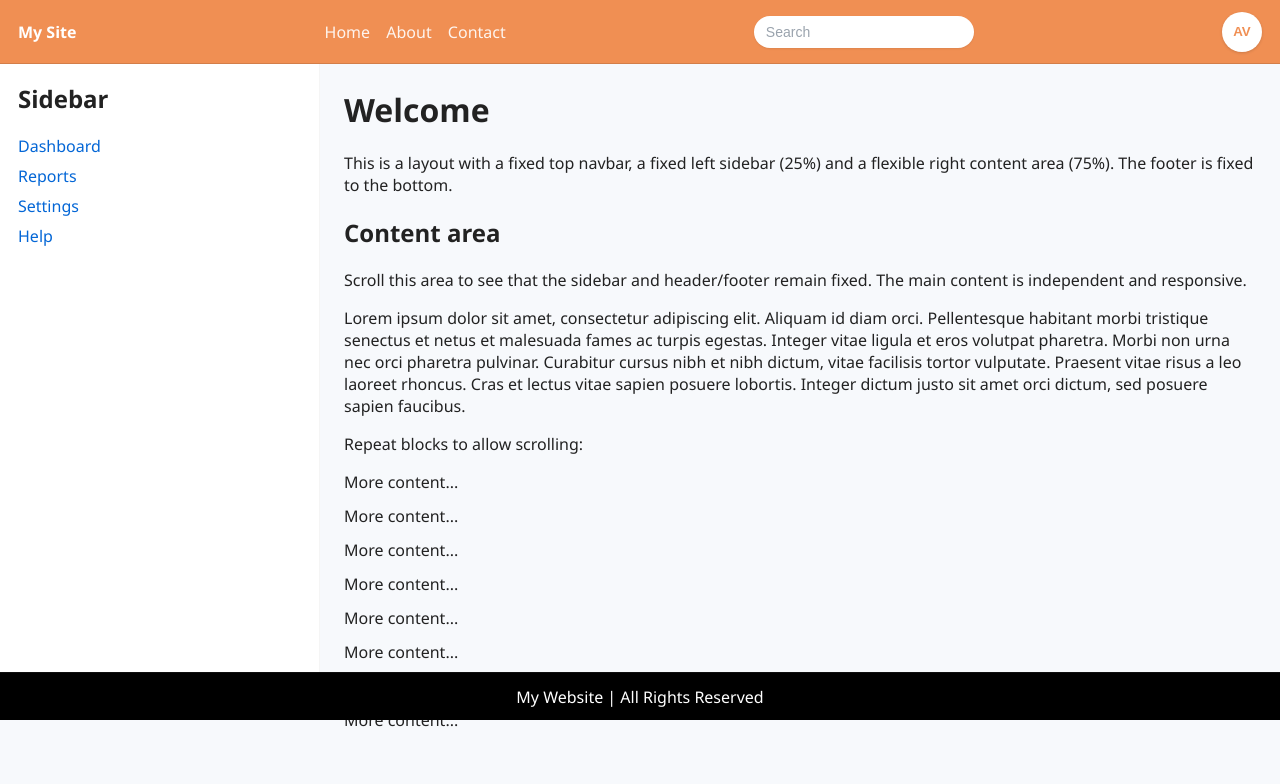
Repository: AdityaTech-Pro/FullStackWithBridgelabz
Page: WebPageWithFixedNavbarAndFooter/index.html
An editor plug-in stored every save of this project. The page is shown before and after a run of saves, followed by the edit.
The browser window is 1280 px wide. The pictures show the whole page.

Above is the page before, as saved 2025-11-12 11:36:08.

### WebPageWithFixedNavbarAndFooter/index.html
<!doctype html>
<html lang="en">

<head>
    <meta charset="utf-8" />
    <meta name="viewport" content="width=device-width, initial-scale=1" />
    <title>Fixed Navbar, Sidebar & Footer Layout</title>
    <link rel="stylesheet" href="styles.css">
</head>

<body>
    <header class="site-header">
        <div class="brand">My Site</div>
        <nav class="top-nav">
            <a href="#">Home</a>
            <a href="#">About</a>
            <a href="#">Contact</a>
        </nav>

        <!-- Search form placed between nav and profile -->
        <form class="nav-search" role="search" action="#" method="get">
            <label for="nav-search-input" class="sr-only">Search</label>
            <input id="nav-search-input" type="search" name="q" placeholder="Search" aria-label="Search" />
        </form>

        <!-- Profile circle (initials shown if no image) -->
        <button class="profile" title="User menu" aria-label="User menu">AV</button>
    </header>

    <aside class="sidebar-left" aria-label="Primary sidebar">
        <div class="sidebar-inner">
            <h2>Sidebar</h2>
            <ul>
                <li><a href="#">Dashboard</a></li>
                <li><a href="#">Reports</a></li>
                <li><a href="#">Settings</a></li>
                <li><a href="#">Help</a></li>
            </ul>
        </div>
    </aside>

    <main class="main-content">
        <div class="content-inner">
            <h1>Welcome</h1>
            <p>This is a layout with a fixed top navbar, a fixed left sidebar (25%) and a flexible right content area (75%). The footer is fixed to the bottom.</p>

            <section>
                <h2>Content area</h2>
                <p>Scroll this area to see that the sidebar and header/footer remain fixed. The main content is independent and responsive.</p>
                <p>Lorem ipsum dolor sit amet, consectetur adipiscing elit. Aliquam id diam orci. Pellentesque habitant morbi tristique senectus et netus et malesuada fames ac turpis egestas. Integer vitae ligula et eros volutpat pharetra. Morbi non urna
                    nec orci pharetra pulvinar. Curabitur cursus nibh et nibh dictum, vitae facilisis tortor vulputate. Praesent vitae risus a leo laoreet rhoncus. Cras et lectus vitae sapien posuere lobortis. Integer dictum justo sit amet orci dictum,
                    sed posuere sapien faucibus.</p>
                <p>Repeat blocks to allow scrolling:</p>
                <div class="filler">
                    <p>More content...</p>
                    <p>More content...</p>
                    <p>More content...</p>
                    <p>More content...</p>
                    <p>More content...</p>
                    <p>More content...</p>
                    <p>More content...</p>
                    <p>More content...</p>
                </div>
            </section>
        </div>
    </main>

    <footer class="site-footer">
        <div>My Website | All Rights Reserved</div>
    </footer>
</body>

</html>

### WebPageWithFixedNavbarAndFooter/styles.css
:root{
  --header-height: 64px;
  --footer-height: 48px;
  --sidebar-width: 25%; /* left sidebar width */
  --gap: 16px;
  --bg: #f7f9fc;
  --accent: #0366d6;
  --header-bg: #f08f53ff; /* coffee brown */
  --header-text: #ffffff;
  --footer-bg: #000000;
  --footer-text: #ffffff;
}

*{box-sizing:border-box}
html,body{height:100%;margin:0;font-family:Segoe UI, Roboto, Arial, sans-serif;background:var(--bg);color:#222}

/* Header */
.site-header{
  position:fixed;
  top:0;left:0;right:0;
  height:var(--header-height);
  background:var(--header-bg);
  color:var(--header-text);
  border-bottom:1px solid rgba(0,0,0,0.12);
  display:flex;align-items:center;justify-content:space-between;
  gap:12px;padding:0 18px;z-index:1000;
}
.site-header .brand{font-weight:700;color:var(--header-text)}
.top-nav a{margin-left:12px;color:rgba(255,255,255,0.9);text-decoration:none}

/* Profile avatar in header */
.profile{
  margin-left:12px;
  width:40px;height:40px;border-radius:50%;
  display:inline-flex;align-items:center;justify-content:center;
  background:#fff;color:var(--header-bg);border:0;cursor:pointer;font-weight:600;
  box-shadow:0 1px 3px rgba(0,0,0,0.15);
}
.profile:focus{outline:3px solid rgba(255,255,255,0.25);outline-offset:3px}

/* Navbar search */
.nav-search{display:inline-flex;align-items:center;margin-left:12px}
.nav-search input[type="search"]{
  width:220px;max-width:40vw;padding:8px 12px;border-radius:20px;border:0;font-size:14px;
  background:#fff;color:#222;box-shadow:0 1px 2px rgba(0,0,0,0.08);
}
.nav-search input::placeholder{color:#9aa3ad}
.nav-search input:focus{outline:3px solid rgba(255,255,255,0.15);outline-offset:2px}

/* Screen-reader only helper */
.sr-only{position:absolute!important;width:1px;height:1px;padding:0;margin:-1px;overflow:hidden;clip:rect(0,0,0,0);white-space:nowrap;border:0}

/* Footer */
.site-footer{
  position:fixed;left:0;right:0;bottom:0;
  height:var(--footer-height);
  background:var(--footer-bg);border-top:1px solid rgba(255,255,255,0.06);
  color:var(--footer-text);display:flex;align-items:center;justify-content:center;padding:0 18px;z-index:1000;
}

/* Left sidebar (fixed between header & footer) */
.sidebar-left{
  position:fixed;left:0;top:var(--header-height);bottom:var(--footer-height);
  width:var(--sidebar-width);
  background:#ffffff;padding:18px;border-right:1px solid rgba(0,0,0,0.04);overflow:auto;z-index:900;
}
.sidebar-left h2{margin-top:0}
.sidebar-left ul{list-style:none;padding:0;margin:0}
.sidebar-left li{margin:8px 0}
.sidebar-left a{text-decoration:none;color:#0366d6}

/* Main content (to the right, flexible) */
.main-content{
  margin-left:var(--sidebar-width);
  margin-top:var(--header-height);
  margin-bottom:var(--footer-height);
  padding:24px;min-height:calc(100vh - var(--header-height) - var(--footer-height));
  /* make main scroll if content overflows */
  overflow:auto;
}
.content-inner{max-width:1100px;margin:0 auto;background:transparent}

.filler p{margin:12px 0}

/* Small visual helpers */
h1{margin-top:0}

/* Responsive: collapse sidebar for narrow viewports */
@media (max-width:900px){
  :root{--sidebar-width:280px}
}
@media (max-width:700px){
  /* Move sidebar to top as a collapsible block */
  .sidebar-left{position:relative;top:0;left:0;width:100%;height:auto;border-right:0;border-bottom:1px solid rgba(0,0,0,0.06);}
  .main-content{margin-left:0}
  .site-header{padding:0 12px}
  .nav-search input[type="search"]{width:140px}
}

/* Small touches for keyboard focus */
a:focus{outline:2px dashed rgba(3,102,214,0.4);outline-offset:2px}

After the next 3 saves:
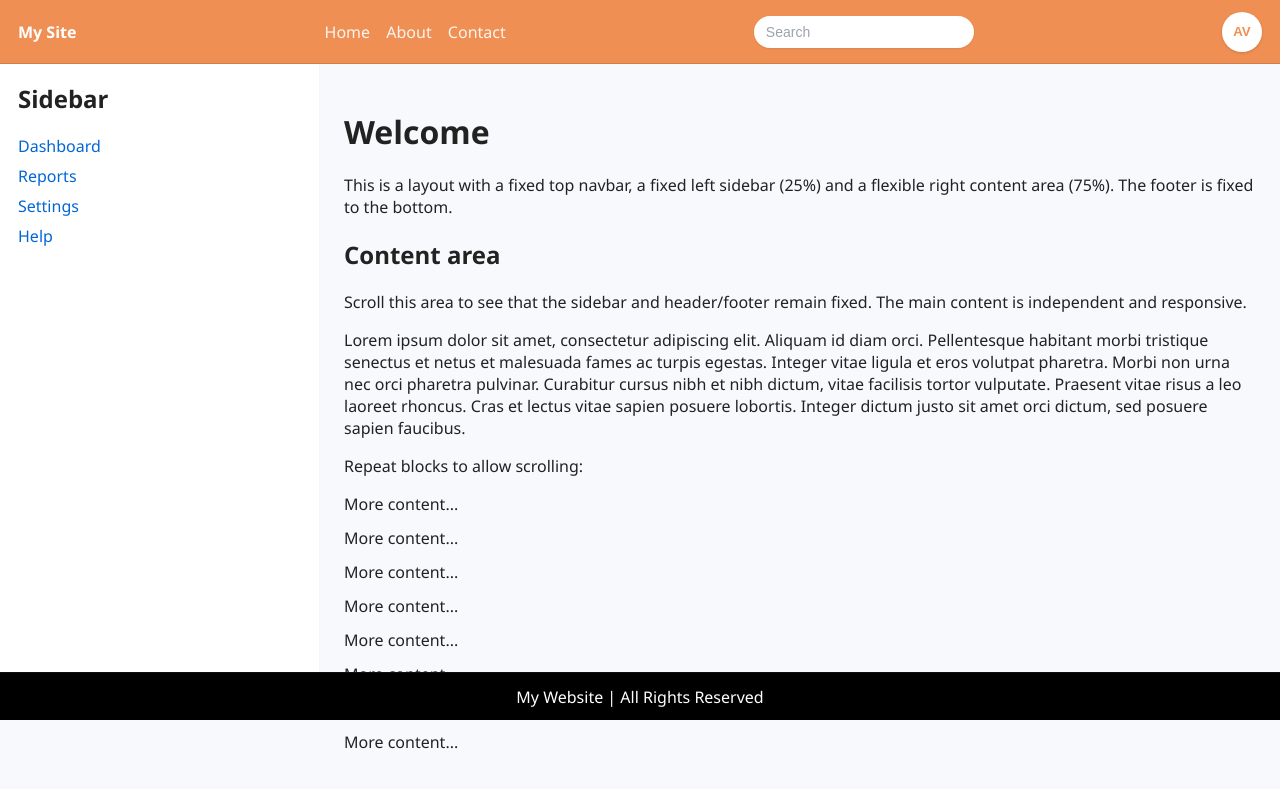
The 3 saves are shown as one change because they came seconds apart.
The last was saved 4 days later.
--- a/WebPageWithFixedNavbarAndFooter/index.html
+++ b/WebPageWithFixedNavbarAndFooter/index.html
@@ -1,73 +1,73 @@
 <!doctype html>
-<html lang="en">
+< <html lang="en">
 
-<head>
-    <meta charset="utf-8" />
-    <meta name="viewport" content="width=device-width, initial-scale=1" />
-    <title>Fixed Navbar, Sidebar & Footer Layout</title>
-    <link rel="stylesheet" href="styles.css">
-</head>
+    <head>
+        <meta charset="utf-8" />
+        <meta name="viewport" content="width=device-width, initial-scale=1" />
+        <title>Fixed Navbar, Sidebar & Footer Layout</title>
+        <link rel="stylesheet" href="styles.css">
+    </head>
 
-<body>
-    <header class="site-header">
-        <div class="brand">My Site</div>
-        <nav class="top-nav">
-            <a href="#">Home</a>
-            <a href="#">About</a>
-            <a href="#">Contact</a>
-        </nav>
+    <body>
+        <header class="site-header">
+            <div class="brand">My Site</div>
+            <nav class="top-nav">
+                <a href="#">Home</a>
+                <a href="#">About</a>
+                <a href="#">Contact</a>
+            </nav>
 
-        <!-- Search form placed between nav and profile -->
-        <form class="nav-search" role="search" action="#" method="get">
-            <label for="nav-search-input" class="sr-only">Search</label>
-            <input id="nav-search-input" type="search" name="q" placeholder="Search" aria-label="Search" />
-        </form>
+            <!-- Search form placed between nav and profile -->
+            <form class="nav-search" role="search" action="#" method="get">
+                <label for="nav-search-input" class="sr-only">Search</label>
+                <input id="nav-search-input" type="search" name="q" placeholder="Search" aria-label="Search" />
+            </form>
 
-        <!-- Profile circle (initials shown if no image) -->
-        <button class="profile" title="User menu" aria-label="User menu">AV</button>
-    </header>
+            <!-- Profile circle (initials shown if no image) -->
+            <button class="profile" title="User menu" aria-label="User menu">AV</button>
+        </header>
 
-    <aside class="sidebar-left" aria-label="Primary sidebar">
-        <div class="sidebar-inner">
-            <h2>Sidebar</h2>
-            <ul>
-                <li><a href="#">Dashboard</a></li>
-                <li><a href="#">Reports</a></li>
-                <li><a href="#">Settings</a></li>
-                <li><a href="#">Help</a></li>
-            </ul>
-        </div>
-    </aside>
+        <aside class="sidebar-left" aria-label="Primary sidebar">
+            <div class="sidebar-inner">
+                <h2>Sidebar</h2>
+                <ul>
+                    <li><a href="#">Dashboard</a></li>
+                    <li><a href="#">Reports</a></li>
+                    <li><a href="#">Settings</a></li>
+                    <li><a href="#">Help</a></li>
+                </ul>
+            </div>
+        </aside>
 
-    <main class="main-content">
-        <div class="content-inner">
-            <h1>Welcome</h1>
-            <p>This is a layout with a fixed top navbar, a fixed left sidebar (25%) and a flexible right content area (75%). The footer is fixed to the bottom.</p>
+        <main class="main-content">
+            <div class="content-inner">
+                <h1>Welcome</h1>
+                <p>This is a layout with a fixed top navbar, a fixed left sidebar (25%) and a flexible right content area (75%). The footer is fixed to the bottom.</p>
 
-            <section>
-                <h2>Content area</h2>
-                <p>Scroll this area to see that the sidebar and header/footer remain fixed. The main content is independent and responsive.</p>
-                <p>Lorem ipsum dolor sit amet, consectetur adipiscing elit. Aliquam id diam orci. Pellentesque habitant morbi tristique senectus et netus et malesuada fames ac turpis egestas. Integer vitae ligula et eros volutpat pharetra. Morbi non urna
-                    nec orci pharetra pulvinar. Curabitur cursus nibh et nibh dictum, vitae facilisis tortor vulputate. Praesent vitae risus a leo laoreet rhoncus. Cras et lectus vitae sapien posuere lobortis. Integer dictum justo sit amet orci dictum,
-                    sed posuere sapien faucibus.</p>
-                <p>Repeat blocks to allow scrolling:</p>
-                <div class="filler">
-                    <p>More content...</p>
-                    <p>More content...</p>
-                    <p>More content...</p>
-                    <p>More content...</p>
-                    <p>More content...</p>
-                    <p>More content...</p>
-                    <p>More content...</p>
-                    <p>More content...</p>
-                </div>
-            </section>
-        </div>
-    </main>
+                <section>
+                    <h2>Content area</h2>
+                    <p>Scroll this area to see that the sidebar and header/footer remain fixed. The main content is independent and responsive.</p>
+                    <p>Lorem ipsum dolor sit amet, consectetur adipiscing elit. Aliquam id diam orci. Pellentesque habitant morbi tristique senectus et netus et malesuada fames ac turpis egestas. Integer vitae ligula et eros volutpat pharetra. Morbi non
+                        urna nec orci pharetra pulvinar. Curabitur cursus nibh et nibh dictum, vitae facilisis tortor vulputate. Praesent vitae risus a leo laoreet rhoncus. Cras et lectus vitae sapien posuere lobortis. Integer dictum justo sit amet orci
+                        dictum, sed posuere sapien faucibus.</p>
+                    <p>Repeat blocks to allow scrolling:</p>
+                    <div class="filler">
+                        <p>More content...</p>
+                        <p>More content...</p>
+                        <p>More content...</p>
+                        <p>More content...</p>
+                        <p>More content...</p>
+                        <p>More content...</p>
+                        <p>More content...</p>
+                        <p>More content...</p>
+                    </div>
+                </section>
+            </div>
+        </main>
 
-    <footer class="site-footer">
-        <div>My Website | All Rights Reserved</div>
-    </footer>
-</body>
+        <footer class="site-footer">
+            <div>My Website | All Rights Reserved</div>
+        </footer>
+    </body>
 
-</html>
+    </html>

After the save that followed:
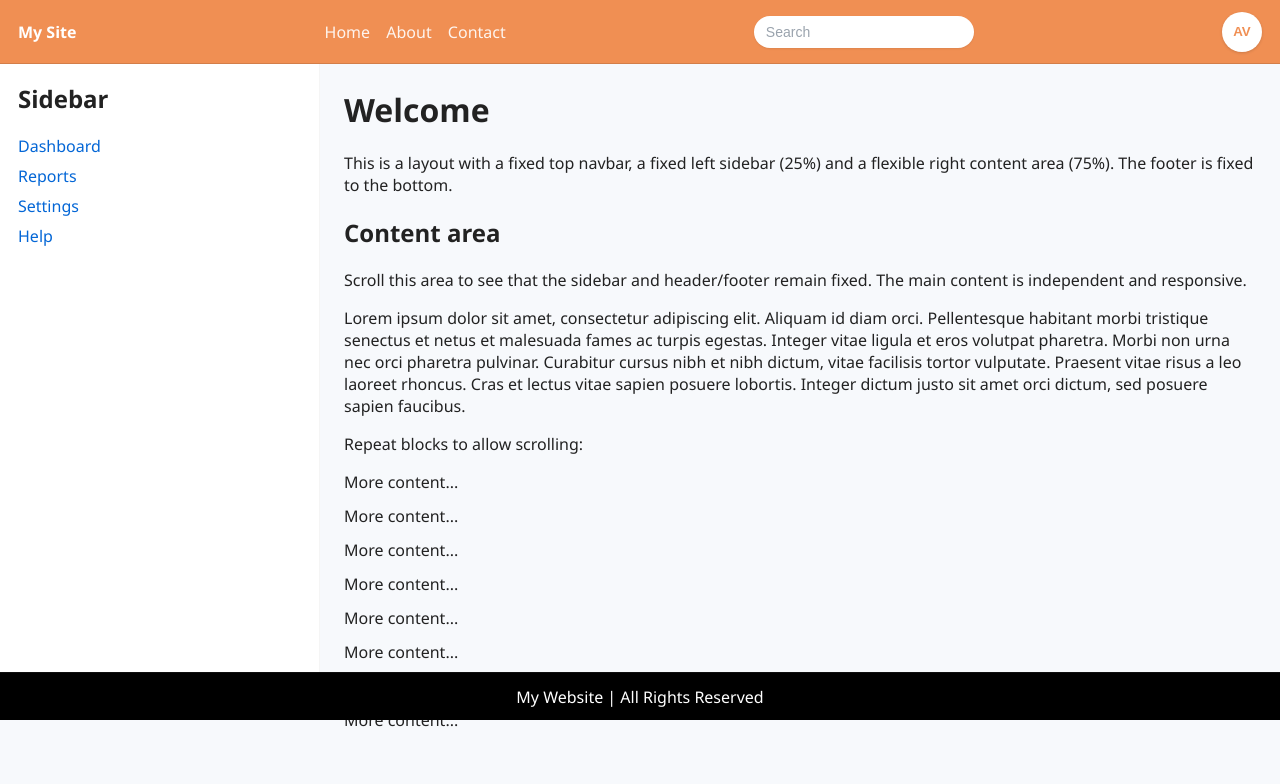
Saved 7 s later.
--- a/WebPageWithFixedNavbarAndFooter/index.html
+++ b/WebPageWithFixedNavbarAndFooter/index.html
@@ -1,73 +1,73 @@
 <!doctype html>
-< <html lang="en">
+<html lang="en">
 
-    <head>
-        <meta charset="utf-8" />
-        <meta name="viewport" content="width=device-width, initial-scale=1" />
-        <title>Fixed Navbar, Sidebar & Footer Layout</title>
-        <link rel="stylesheet" href="styles.css">
-    </head>
+<head>
+    <meta charset="utf-8" />
+    <meta name="viewport" content="width=device-width, initial-scale=1" />
+    <title>Fixed Navbar, Sidebar & Footer Layout</title>
+    <link rel="stylesheet" href="styles.css">
+</head>
 
-    <body>
-        <header class="site-header">
-            <div class="brand">My Site</div>
-            <nav class="top-nav">
-                <a href="#">Home</a>
-                <a href="#">About</a>
-                <a href="#">Contact</a>
-            </nav>
+<body>
+    <header class="site-header">
+        <div class="brand">My Site</div>
+        <nav class="top-nav">
+            <a href="#">Home</a>
+            <a href="#">About</a>
+            <a href="#">Contact</a>
+        </nav>
 
-            <!-- Search form placed between nav and profile -->
-            <form class="nav-search" role="search" action="#" method="get">
-                <label for="nav-search-input" class="sr-only">Search</label>
-                <input id="nav-search-input" type="search" name="q" placeholder="Search" aria-label="Search" />
-            </form>
+        <!-- Search form placed between nav and profile -->
+        <form class="nav-search" role="search" action="#" method="get">
+            <label for="nav-search-input" class="sr-only">Search</label>
+            <input id="nav-search-input" type="search" name="q" placeholder="Search" aria-label="Search" />
+        </form>
 
-            <!-- Profile circle (initials shown if no image) -->
-            <button class="profile" title="User menu" aria-label="User menu">AV</button>
-        </header>
+        <!-- Profile circle (initials shown if no image) -->
+        <button class="profile" title="User menu" aria-label="User menu">AV</button>
+    </header>
 
-        <aside class="sidebar-left" aria-label="Primary sidebar">
-            <div class="sidebar-inner">
-                <h2>Sidebar</h2>
-                <ul>
-                    <li><a href="#">Dashboard</a></li>
-                    <li><a href="#">Reports</a></li>
-                    <li><a href="#">Settings</a></li>
-                    <li><a href="#">Help</a></li>
-                </ul>
-            </div>
-        </aside>
+    <aside class="sidebar-left" aria-label="Primary sidebar">
+        <div class="sidebar-inner">
+            <h2>Sidebar</h2>
+            <ul>
+                <li><a href="#">Dashboard</a></li>
+                <li><a href="#">Reports</a></li>
+                <li><a href="#">Settings</a></li>
+                <li><a href="#">Help</a></li>
+            </ul>
+        </div>
+    </aside>
 
-        <main class="main-content">
-            <div class="content-inner">
-                <h1>Welcome</h1>
-                <p>This is a layout with a fixed top navbar, a fixed left sidebar (25%) and a flexible right content area (75%). The footer is fixed to the bottom.</p>
+    <main class="main-content">
+        <div class="content-inner">
+            <h1>Welcome</h1>
+            <p>This is a layout with a fixed top navbar, a fixed left sidebar (25%) and a flexible right content area (75%). The footer is fixed to the bottom.</p>
 
-                <section>
-                    <h2>Content area</h2>
-                    <p>Scroll this area to see that the sidebar and header/footer remain fixed. The main content is independent and responsive.</p>
-                    <p>Lorem ipsum dolor sit amet, consectetur adipiscing elit. Aliquam id diam orci. Pellentesque habitant morbi tristique senectus et netus et malesuada fames ac turpis egestas. Integer vitae ligula et eros volutpat pharetra. Morbi non
-                        urna nec orci pharetra pulvinar. Curabitur cursus nibh et nibh dictum, vitae facilisis tortor vulputate. Praesent vitae risus a leo laoreet rhoncus. Cras et lectus vitae sapien posuere lobortis. Integer dictum justo sit amet orci
-                        dictum, sed posuere sapien faucibus.</p>
-                    <p>Repeat blocks to allow scrolling:</p>
-                    <div class="filler">
-                        <p>More content...</p>
-                        <p>More content...</p>
-                        <p>More content...</p>
-                        <p>More content...</p>
-                        <p>More content...</p>
-                        <p>More content...</p>
-                        <p>More content...</p>
-                        <p>More content...</p>
-                    </div>
-                </section>
-            </div>
-        </main>
+            <section>
+                <h2>Content area</h2>
+                <p>Scroll this area to see that the sidebar and header/footer remain fixed. The main content is independent and responsive.</p>
+                <p>Lorem ipsum dolor sit amet, consectetur adipiscing elit. Aliquam id diam orci. Pellentesque habitant morbi tristique senectus et netus et malesuada fames ac turpis egestas. Integer vitae ligula et eros volutpat pharetra. Morbi non urna
+                    nec orci pharetra pulvinar. Curabitur cursus nibh et nibh dictum, vitae facilisis tortor vulputate. Praesent vitae risus a leo laoreet rhoncus. Cras et lectus vitae sapien posuere lobortis. Integer dictum justo sit amet orci dictum,
+                    sed posuere sapien faucibus.</p>
+                <p>Repeat blocks to allow scrolling:</p>
+                <div class="filler">
+                    <p>More content...</p>
+                    <p>More content...</p>
+                    <p>More content...</p>
+                    <p>More content...</p>
+                    <p>More content...</p>
+                    <p>More content...</p>
+                    <p>More content...</p>
+                    <p>More content...</p>
+                </div>
+            </section>
+        </div>
+    </main>
 
-        <footer class="site-footer">
-            <div>My Website | All Rights Reserved</div>
-        </footer>
-    </body>
+    <footer class="site-footer">
+        <div>My Website | All Rights Reserved</div>
+    </footer>
+</body>
 
-    </html>
+</html>
